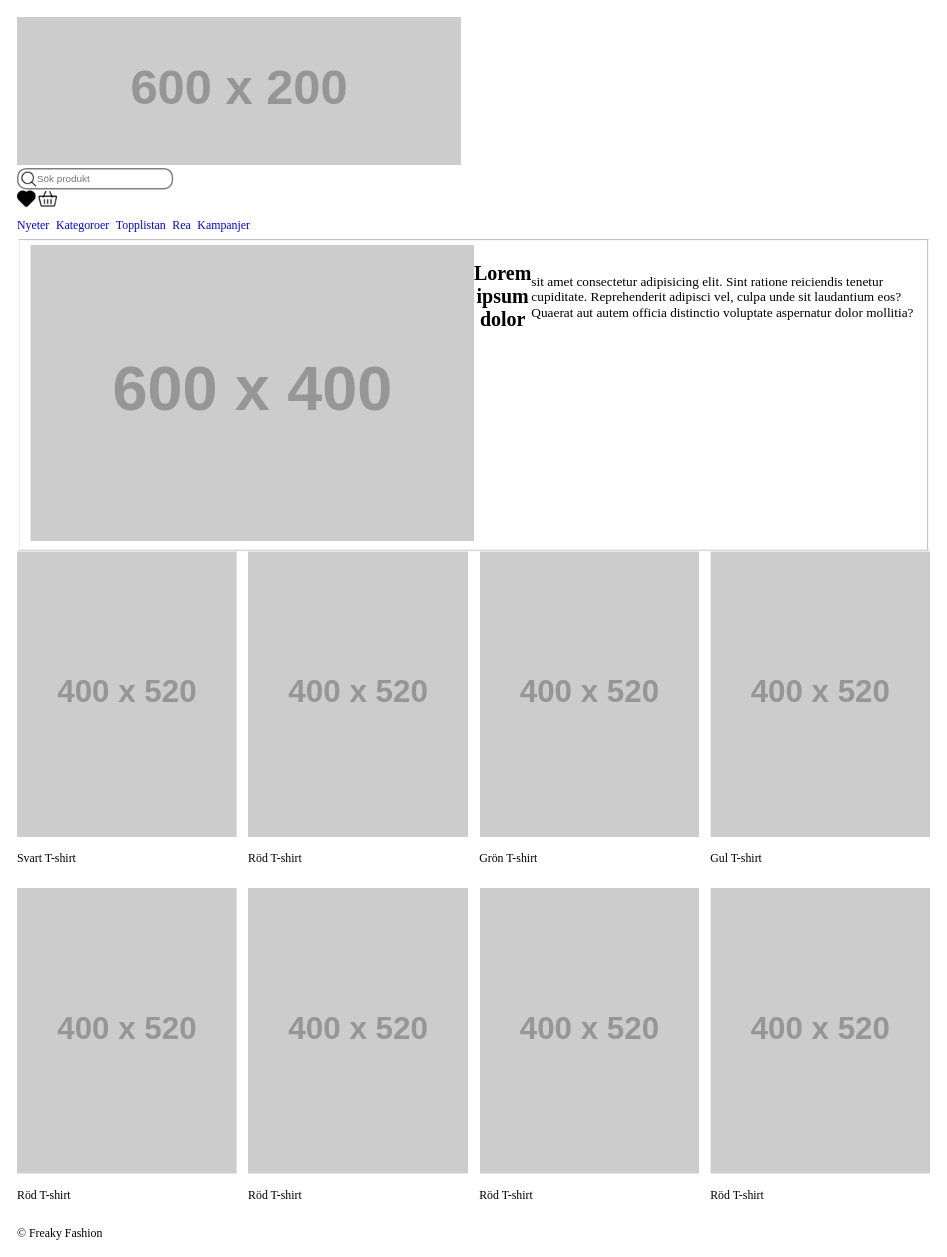
Repository: Kalle1995/project
Page: index.html
The author's editor kept a copy of each file at every save. The page is drawn from the files as they stood at one save, then again after the next save.
The browser window is 1280 px wide. The pictures show the whole page, at 74% of full size.

Above is the page before, as saved 2024-10-05 21:20:07.

After the next save:
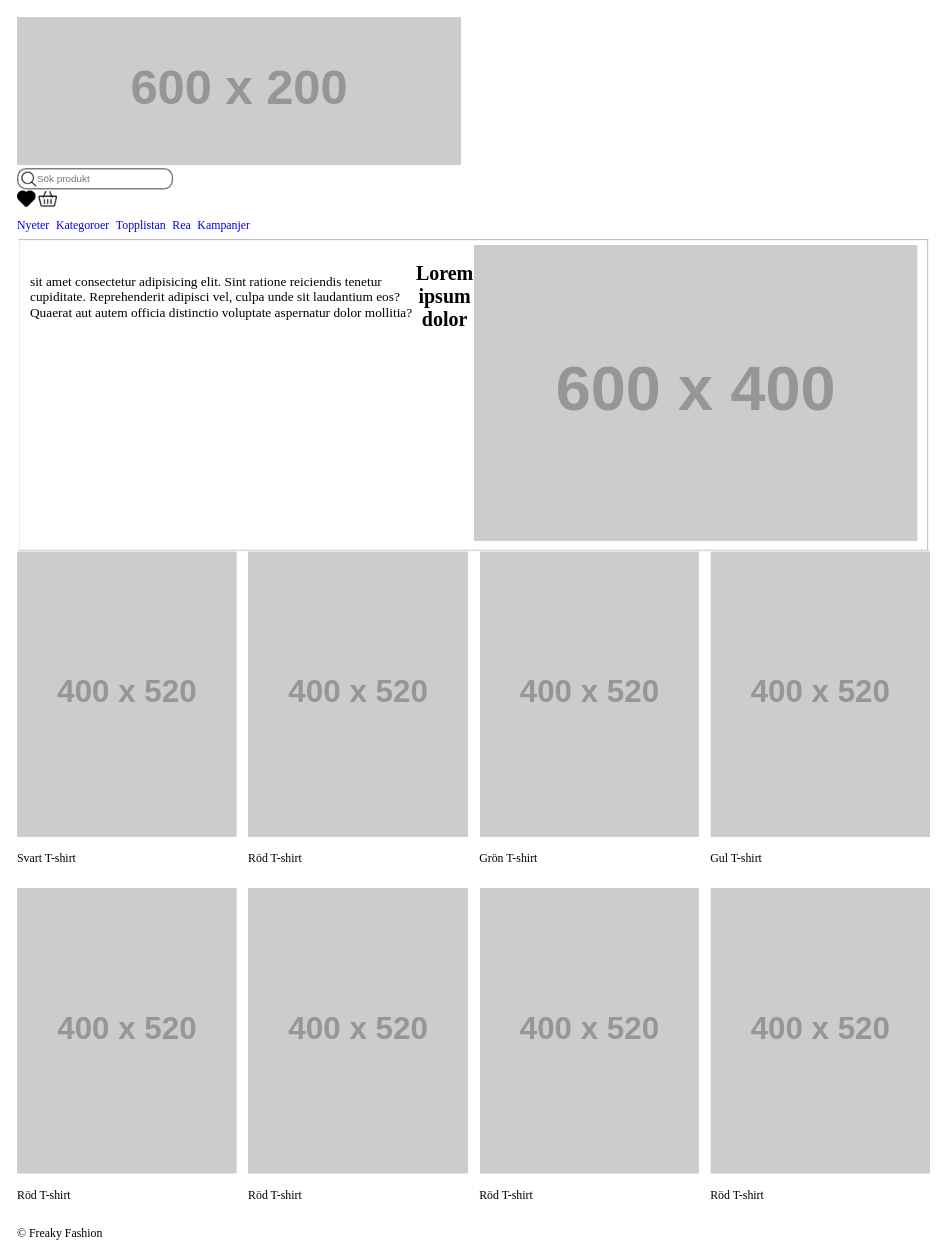
Saved 38 s later.
--- a/main.css
+++ b/main.css
@@ -140,7 +140,7 @@ body {
     }
 
     .head {
-        flex-direction: row;
+        flex-direction: row-reverse;
     }
 }
 
